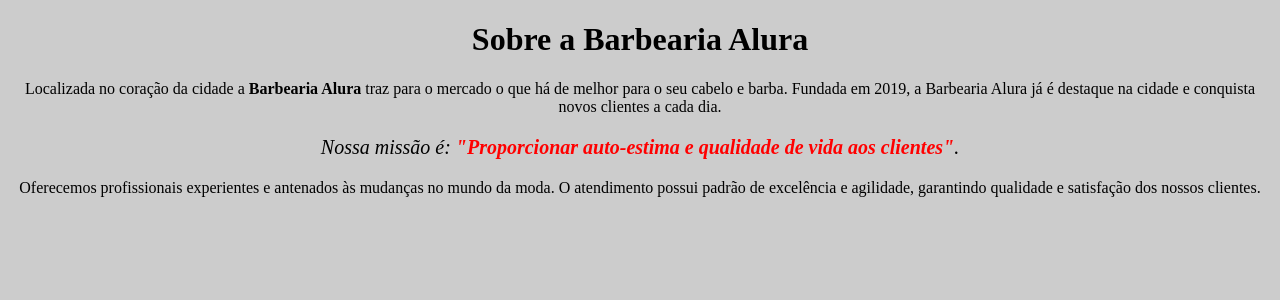
Repository: RenatoCCS/Barbearia_Alura
Page: index.html
An editor plug-in stored every save of this project. The page is shown before and after the next save, followed by the edit.
The browser window is 1280 px wide. The pictures show the whole page.

Above is the page before, as saved 2022-10-17 20:41:36.

After the next save:
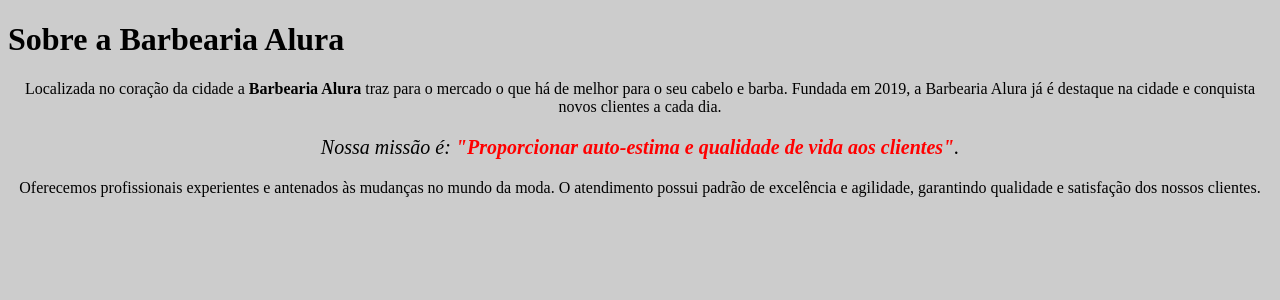
Saved 16 s later.
--- a/index.html
+++ b/index.html
@@ -8,7 +8,7 @@
   </head>
 
   <body>
-    <h1 style="text-align: center">Sobre a Barbearia Alura</h1>
+    <h1>Sobre a Barbearia Alura</h1>
 
     <p style="text-align: center">
       Localizada no coração da cidade a <strong>Barbearia Alura</strong> traz

After the 2 saves that followed:
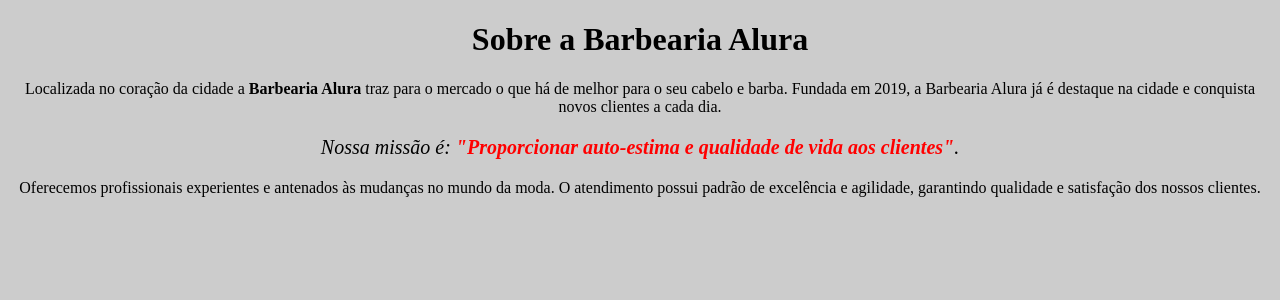
The 2 saves are shown as one change because 1 left the picture as it was.
The last was saved 19 s later.
--- a/style.css
+++ b/style.css
@@ -3,6 +3,7 @@ body {
 }
 
 h1 {
+  text-align: center;
 }
 
 p {
